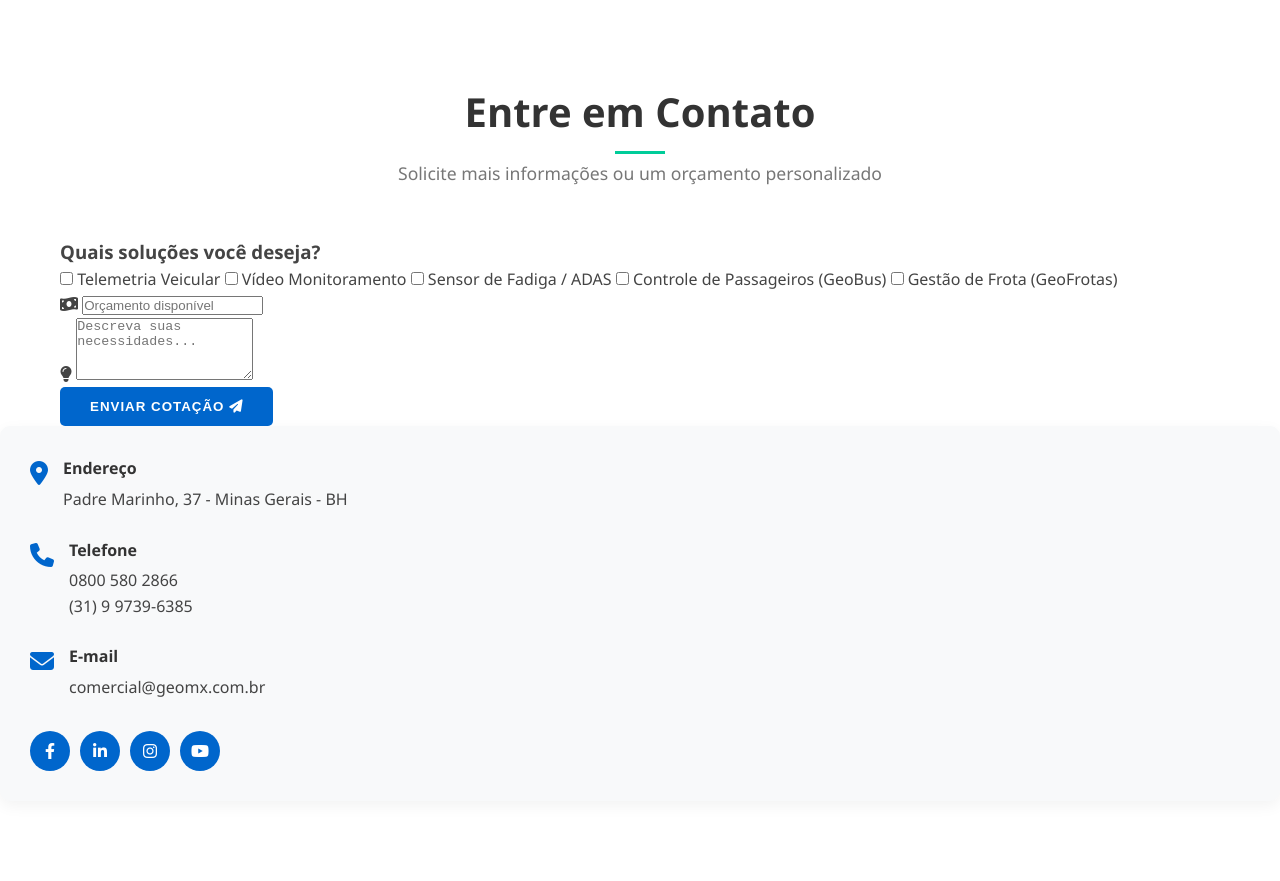
Repository: rocha1579/geomx
Page: telemetria.html
These files come from the project's save history. The page is drawn as it stood at one moment and after the next save; the edit follows.
The browser window is 1280 px wide. The pictures show the part of the page from y = 2314 to 3195 px (the page is 4063 px tall before and 4469 px after).
Pictures or frames that could not be fetched are drawn as grey boxes. Backgrounds fixed to the window are drawn as part of the page.

Above is the page before, as saved 2025-05-05 11:36:09.
Not found: menu-fix.js

### telemetria.html
<!DOCTYPE html>
<html lang="pt-br">
<head>
    <meta charset="UTF-8">
    <meta name="viewport" content="width=device-width, initial-scale=1.0">
    <title>Telemetria Veicular - GeoMX</title>
    <link rel="stylesheet" href="styles-dark-mode.css">
    <script src="dark-mode.js" defer></script>
    <link rel="stylesheet" href="styles.css">
    <link rel="stylesheet" href="https://cdnjs.cloudflare.com/ajax/libs/font-awesome/6.4.0/css/all.min.css">
    <!-- Adicionando os novos arquivos para responsividade -->
    <link rel="stylesheet" href="responsive.css">
    <script src="menu-fix.js" defer></script>
</head>
<body>
    <header>
        <div class="container">
            <div class="logo">
                <img src="images/logo geomx.png" alt="GeoMX Logo">
            </div>
            <nav>
                <div class="menu-toggle">
                    <i class="fas fa-bars"></i>
                </div>
                <ul class="menu">
                    <li><a href="index.html#inicio"><i class="fas fa-home fa-fw"></i></a></li>
                    <li><a href="index.html#sobre">Sobre</a></li>
                    <li><a href="index.html#servicos">Serviços</a></li>
                    <li><a href="index.html#solucoes">Soluções</a></li>
                    <li><a href="telemetria.html">Telemetria</a></li>
                    <li><a href="index.html#clientes"><i class="fas fa-users fa-fw"></i> Clientes</a></li>
                    <li><a href="https://sis.segminas.com.br/?Login" target="_blank" class="btn-acesso"><i class="fas fa-sign-in-alt fa-fw"></i> Acesso</a></li>
                    <li><a href="index.html#contato" class="btn-contato"><i class="fas fa-envelope fa-fw"></i> Contato</a></li>
                </ul>
            </nav>
        </div>
    </header>

    <section class="hero-telemetria">
        <div class="container">
            <h1>Telemetria Veicular Completa</h1>
            <p class="lead">Solução personalizada de gestão de frotas que coleta informações remotamente</p>
            <a href="#contato" class="btn-primary">Solicite uma Cotação</a>
        </div>
    </section>

    <section class="telemetria-section">
        <div class="container">
            <div class="section-header">
<div class="carrossel-telemetria">
    <div class="section-header">
        <h2>Nossa Tecnologia em Ação</h2>
        <p>Veja como nossa solção transforma a gestão de frotas</p>
    </div>

    <div class="carrossel-container">
        <div class="carrossel-slides">
            <div class="carrossel-slide active">
                <img src="images/Captura de tela 2025-04-25 155914.png" alt="Painel de Controle Telemetria">
                <div class="carrossel-caption">
                    <h3>Painel de Controle Completo</h3>
                    <p>Acompanhe todos os dados da sua frota em tempo real</p>
                </div>
            </div>
            <div class="carrossel-slide">
                <img src="images/relatorio.png" alt="Relatórios Detalhados">
                <div class="carrossel-caption">
                    <h3>Relatórios Detalhados</h3>
                    <p>Gere relatórios personalizados para análise de desempenho</p>
                </div>
            </div>
        </div>

        <div class="carrossel-nav">
            <button class="carrossel-prev"><i class="fas fa-chevron-left"></i></button>
            <button class="carrossel-next"><i class="fas fa-chevron-right"></i></button>
        </div>

        <div class="carrossel-indicators">
            <span class="carrossel-indicator active"></span>
            <span class="carrossel-indicator"></span>
        </div>
    </div>
</div>

<style>
    /* Estilos do carrossel */
    .carrossel-telemetria {
        padding: 60px 0;
        background-color: white;
    }

    .carrossel-container {
        max-width: 1000px;
        margin: 40px auto 0;
        position: relative;
        overflow: hidden;
        border-radius: 8px;
        box-shadow: 0 10px 30px rgba(0,0,0,0.1);
    }

    .carrossel-slides {
        display: flex;
        transition: transform 0.5s ease;
    }

    .carrossel-slide {
        min-width: 100%;
        position: relative;
    }

    .carrossel-slide img {
        width: 100%;
        display: block;
        height: 500px;
        object-fit: cover;
    }

    .carrossel-caption {
        position: absolute;
        bottom: 0;
        left: 0;
        right: 0;
        background: rgba(44, 62, 80, 0.9);
        color: white;
        padding: 20px;
        text-align: center;
    }

    .carrossel-caption h3 {
        margin-top: 0;
        color: #fff;
        font-size: 1.5rem;
    }

    .carrossel-nav {
        position: absolute;
        top: 50%;
        width: 100%;
        display: flex;
        justify-content: space-between;
        transform: translateY(-50%);
        padding: 0 15px;
    }

    .carrossel-prev,
    .carrossel-next {
        background: rgba(255, 255, 255, 0.7);
        border: none;
        border-radius: 50%;
        width: 40px;
        height: 40px;
        cursor: pointer;
        font-size: 20px;
        display: flex;
        align-items: center;
        justify-content: center;
        transition: all 0.3s ease;
        color: var(--dark-color);
    }

    .carrossel-prev:hover,
    .carrossel-next:hover {
        background: white;
        color: var(--primary-color);
    }

    .carrossel-indicators {
        display: flex;
        justify-content: center;
        margin-top: 20px;
    }

    .carrossel-indicator {
        width: 12px;
        height: 12px;
        border-radius: 50%;
        background: #ccc;
        margin: 0 5px;
        cursor: pointer;
        transition: all 0.3s ease;
    }

    .carrossel-indicator.active {
        background: var(--primary-color);
        transform: scale(1.2);
    }

    @media (max-width: 768px) {
        .carrossel-slide img {
            height: 350px;
        }

        .carrossel-caption h3 {
            font-size: 1.2rem;
        }

        .carrossel-caption p {
            font-size: 0.9rem;
        }
    }

    @media (max-width: 576px) {
        .carrossel-slide img {
            height: 250px;
        }
    }
</style>

<script>
    // Script do carrossel
    document.addEventListener('DOMContentLoaded', function() {
        const slides = document.querySelectorAll('.carrossel-slide');
        const indicators = document.querySelectorAll('.carrossel-indicator');
        const prevBtn = document.querySelector('.carrossel-prev');
        const nextBtn = document.querySelector('.carrossel-next');
        const slidesContainer = document.querySelector('.carrossel-slides');
        let currentIndex = 0;
        let interval;

        function updateCarousel() {
            slidesContainer.style.transform = `translateX(-${currentIndex * 100}%)`;

            indicators.forEach((indicator, index) => {
                indicator.classList.toggle('active', index === currentIndex);
            });
        }

        function nextSlide() {
            currentIndex = (currentIndex + 1) % slides.length;
            updateCarousel();
        }

        function prevSlide() {
            currentIndex = (currentIndex - 1 + slides.length) % slides.length;
            updateCarousel();
        }

        nextBtn.addEventListener('click', nextSlide);
        prevBtn.addEventListener('click', prevSlide);

        indicators.forEach((indicator, index) => {
            indicator.addEventListener('click', () => {
                currentIndex = index;
                updateCarousel();
                resetInterval();
            });
        });

        function startInterval() {
            interval = setInterval(nextSlide, 5000);
        }

        function resetInterval() {
            clearInterval(interval);
            startInterval();
        }

        // Pause on hover
        const carrossel = document.querySelector('.carrossel-container');
        carrossel.addEventListener('mouseenter', () => clearInterval(interval));
        carrossel.addEventListener('mouseleave', startInterval);

        // Iniciar o carrossel automático
        startInterval();
    });
</script>
<h2>GeoMine</h2>
<p>A solução GeoMine da Geomx oferece telemetria avançada para mineradoras, com controle total da frota em tempo real.</p>
            </div>

            <div class="telemetria-cards">
                <div class="telemetria-card">
                    <div class="telemetria-icon">
                        <i class="fas fa-map-marker-alt"></i>
                    </div>
                    <h3>Monitoramento Contínuo</h3>
                    <p>Detecção precoce de falhas mecânicas para redução de custos com manutenção.</p>
                </div>

                <div class="telemetria-card">
                    <div class="telemetria-icon">
                        <i class="fas fa-chart-bar"></i>
                    </div>
                    <h3>Relatórios de Produtividade</h3>
                    <p>Controle de tempo ocioso, consumo de combustível e otimização operacional.</p>
                </div>

                <div class="telemetria-card">
                    <div class="telemetria-icon">
                        <i class="fas fa-exclamation-triangle"></i>
                    </div>
                    <h3>Alertas Inteligentes</h3>
                    <p>Notificações automáticas de fadiga, excesso de velocidade e mau uso dos equipamentos.</p>
                </div>

                <div class="telemetria-card">
                    <div class="telemetria-icon">
                        <i class="fas fa-tachometer-alt"></i>
                    </div>
                    <h3>Gestão Centralizada</h3>
                    <p>Decisões rápidas baseadas em dados confiáveis e integrados.</p>
                </div>

                <div class="telemetria-card">
                    <div class="telemetria-icon">
                        <i class="fas fa-microchip"></i>
                    </div>
                    <h3>Tecnologia Robusta</h3>
                    <p>Integração com sensores CAN e conectividade para ambientes severos.</p>
                </div>

                <div class="telemetria-card">
                    <div class="telemetria-icon">
                        <i class="fas fa-shield-alt"></i>
                    </div>
                    <h3>Segurança Operacional</h3>
                    <p>Soluções específicas para promover mais segurança nas operações mineiras.</p>
                </div>
            </div>
        </div>
    </section>
    <section id="contato" class="contato">
        <div class="container">
            <div class="section-header">
                <h2>Entre em Contato</h2>
                <p>Solicite mais informações ou um orçamento personalizado</p>
            </div>

            <form action="https://formsubmit.co/gabrielalvessr@gmail.com" method="POST">
                <!-- Configurações ocultas -->
                <input type="hidden" name="_captcha" value="false">
                <input type="hidden" name="_next" value="https://geomx.com.br/obrigado.html">
                <input type="hidden" name="_template" value="table">
                <input type="hidden" name="_subject" value="Solicitação de Cotação - Site GeoMX">

                <!-- Programas de Interesse -->
                <div class="checkbox-group">
                    <h3>Quais soluções você deseja?</h3>
                    <label class="checkbox-container">
                        <input type="checkbox" name="solucoes" value="Telemetria Veicular">
                        <span class="checkmark"></span>
                        Telemetria Veicular
                    </label>
                    <label class="checkbox-container">
                        <input type="checkbox" name="solucoes" value="Vídeo Monitoramento">
                        <span class="checkmark"></span>
                        Vídeo Monitoramento
                    </label>
                    <label class="checkbox-container">
                        <input type="checkbox" name="solucoes" value="Sensor de Fadiga / ADAS">
                        <span class="checkmark"></span>
                        Sensor de Fadiga / ADAS
                    </label>
                    <label class="checkbox-container">
                        <input type="checkbox" name="solucoes" value="Controle de Passageiros (GeoBus)">
                        <span class="checkmark"></span>
                        Controle de Passageiros (GeoBus)
                    </label>
                    <label class="checkbox-container">
                        <input type="checkbox" name="solucoes" value="Gestão de Frota (GeoFrotas)">
                        <span class="checkmark"></span>
                        Gestão de Frota (GeoFrotas)
                    </label>
                </div>

                <!-- Orçamento -->
                <div class="input-group">
                    <i class="fas fa-money-bill-wave"></i>
                    <input type="text" name="investimento" placeholder="Orçamento disponível">
                </div>

                <!-- Detalhes -->
                <div class="input-group">
                    <i class="fas fa-lightbulb"></i>
                    <textarea name="detalhes" rows="4" placeholder="Descreva suas necessidades..."></textarea>
                </div>

                <!-- Botão -->
                <button type="submit" class="btn-primary">
                    <span>Enviar Cotação</span>
                    <i class="fas fa-paper-plane"></i>
                </button>
            </form>

            </div>
          </div>
                <div class="contato-info">
                    <div class="info-item">
                        <i class="fas fa-map-marker-alt"></i>
                        <div>
                            <h4>Endereço</h4>
                            <p>Padre Marinho, 37 - Minas Gerais - BH</p>
                        </div>
                    </div>
                    <div class="info-item">
                        <i class="fas fa-phone"></i>
                        <div>
                            <h4>Telefone</h4>
                            <p>0800 580 2866<br>(31) 9 9739-6385</p>
                        </div>
                    </div>
                    <div class="info-item">
                        <i class="fas fa-envelope"></i>
                        <div>
                            <h4>E-mail</h4>
                            <p>comercial@geomx.com.br</p>
                        </div>
                    </div>
                    <div class="social-media">
                        <a href="https://www.facebook.com/geomxbrasil" class="social-icon" target="_blank"><i class="fab fa-facebook-f"></i></a>
                        <a href="https://www.linkedin.com/company/geomx" class="social-icon" target="_blank"><i class="fab fa-linkedin-in"></i></a>
                        <a href="https://www.instagram.com/geomx_brasil/" class="social-icon" target="_blank"><i class="fab fa-instagram"></i></a>
                        <a href="https://www.youtube.com/channel/UC2VQmLmBy8NQ2N8LnCI59Cg" class="social-icon" target="_blank"><i class="fab fa-youtube"></i></a>
                    </div>
                </div>
            </div>
        </div>
    </section>

    <iframe
        src="https://www.google.com/maps/embed?pb=!1m18!1m12!1m3!1d3750.955249439259!2d-43.92309932514979!3d-19.926290538192287!2m3!1f0!2f0!3f0!3m2!1i1024!2i768!4f13.1!3m3!1m2!1s0xa699cd28e77955%3A0xd93406e577a22ba!2sR.%20Padre%20Marinho%2C%2037%20-%20Santa%20Efig%C3%AAnia%2C%20Belo%20Horizonte%20-%20MG%2C%2030140-040!5e0!3m2!1spt-BR!2sbr!4v1745327561781!5m2!1spt-BR!2sbr"
        width="100%"
        height="400"
        style="border:0; border-radius: 12px;"
        allowfullscreen=""
        loading="lazy"
        referrerpolicy="no-referrer-when-downgrade">
    </iframe>

    <footer>
        <div class="container">
            <div class="footer-content">
                <div class="footer-logo">
                    <img src="images/logo geomx.png" alt="GeoMX Logo">
                    <p>Transformando dados geográficos em soluções estratégicas</p>
                </div>
                <div class="footer-links">
                    <div class="footer-column">
                        <h4>Empresa</h4>
                        <ul>
                            <li><a href="index.html#sobre">Sobre Nós</a></li>
                            <li><a href="index.html#clientes">Clientes</a></li>
                            <li><a href="#">Carreiras</a></li>
                            <li><a href="#">Blog</a></li>
                        </ul>
                    </div>
                    <div class="footer-column">
                        <h4>Serviços</h4>
                        <ul>
                            <li><a href="telemetria.html">Telemetria Veicular</a></li>
                            <li><a href="rede-can.html">Rede CAN</a></li>
                            <li><a href="sensor-fadiga.html">Sensor de Fadiga</a></li>
                            <li><a href="video-veicular.html">Vídeo Veicular</a></li>
                        </ul>
                    </div>
                    <div class="footer-column">
                        <h4>Suporte</h4>
                        <ul>
                            <li><a href="index.html#contato">Contato</a></li>
                            <li><a href="#">FAQ</a></li>
                            <li><a href="#">Documentação</a></li>
                            <li><a href="#">Política de Privacidade</a></li>
                        </ul>
                    </div>
                </div>
            </div>

            <div class="footer-images">
                <img src="images/apple.png" alt="Disponível na App Store" class="footer-img">
                <img src="images/google play.png" alt="Disponível no Google Play" class="footer-img">
            </div>
            <style>
                .footer-images {
                text-align: left; /* Alinha conteúdo à esquerda */
                margin: 20px 0;
            }

            .footer-img {
                max-width: 120px; /* Diminui o tamanho */
                width: 100%;
                height: auto;
                display: block;
                margin-bottom: 10px; /* Espaço entre as imagens */
            }

            </style>
            <div class="footer-bottom">
                <p>&copy; 2023 GeoMX. Todos os direitos reservados.</p>
            </div>
        </div>
    </footer>

    <div id="cookie-banner" class="cookie-banner">
        <p>Utilizamos cookies para melhorar sua experiência em nosso site. Ao continuar navegando, você concorda com nossa <a href="#">Política de Privacidade</a>.</p>
        <button id="cookie-accept">Aceitar</button>
    </div>

    <a href="https://wa.me/31997396385" class="whatsapp-button" target="_blank">
        <i class="fab fa-whatsapp"></i>
    </a>

    <script src="script.js"></script>
</body>
</html>

Loaded but not shown: script.js (209 lines, source omitted); styles.css (1999 lines, source omitted); responsive.css (346 lines, source omitted); styles-dark-mode.css (no stored copy; drawn as an empty file); dark-mode.js (no stored copy; drawn as an empty file)

After the next save:
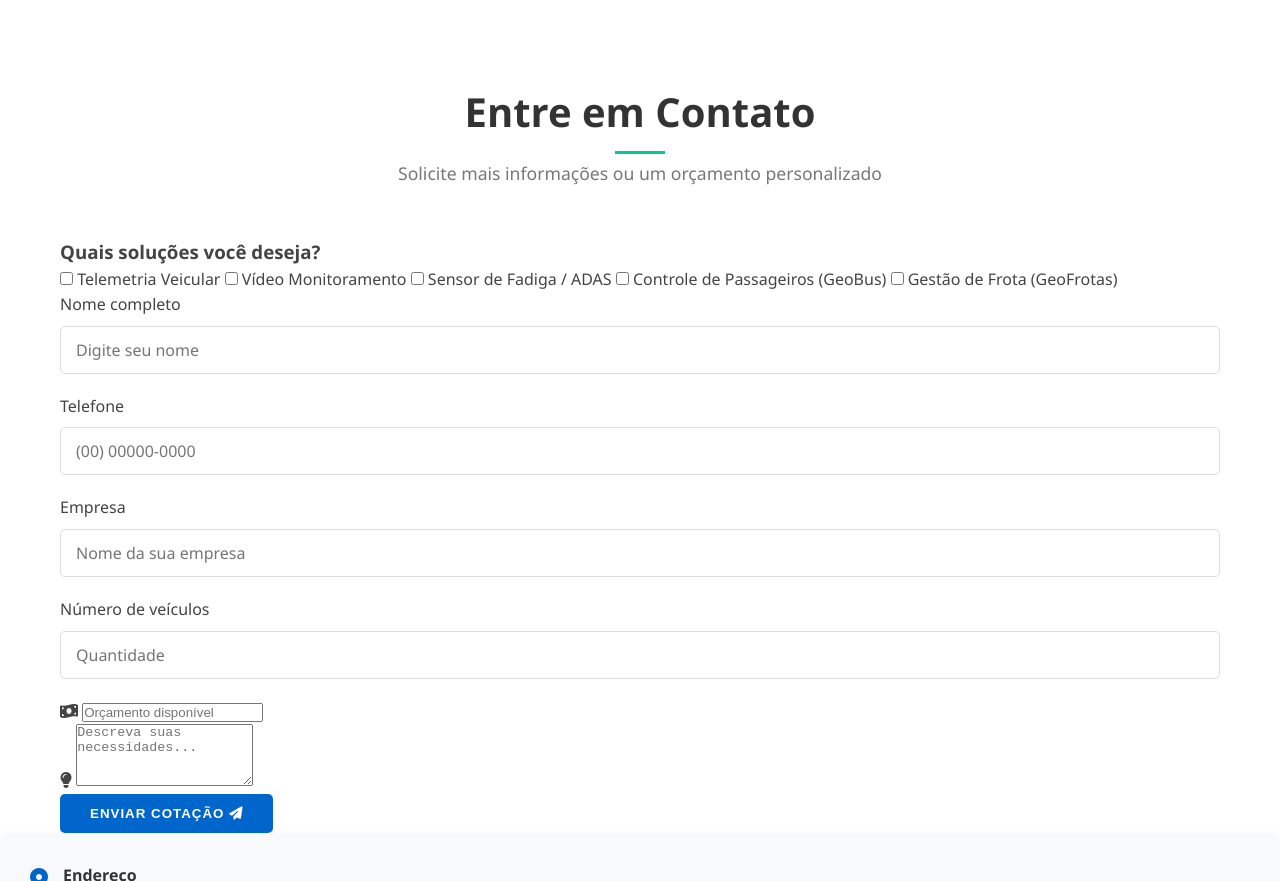
Saved 2 min 2 s later.
--- a/telemetria.html
+++ b/telemetria.html
@@ -335,33 +335,57 @@
                 <input type="hidden" name="_subject" value="Solicitação de Cotação - Site GeoMX">
 
                 <!-- Programas de Interesse -->
-                <div class="checkbox-group">
+                <div class="form-container">
                     <h3>Quais soluções você deseja?</h3>
-                    <label class="checkbox-container">
-                        <input type="checkbox" name="solucoes" value="Telemetria Veicular">
-                        <span class="checkmark"></span>
-                        Telemetria Veicular
-                    </label>
-                    <label class="checkbox-container">
-                        <input type="checkbox" name="solucoes" value="Vídeo Monitoramento">
-                        <span class="checkmark"></span>
-                        Vídeo Monitoramento
-                    </label>
-                    <label class="checkbox-container">
-                        <input type="checkbox" name="solucoes" value="Sensor de Fadiga / ADAS">
-                        <span class="checkmark"></span>
-                        Sensor de Fadiga / ADAS
-                    </label>
-                    <label class="checkbox-container">
-                        <input type="checkbox" name="solucoes" value="Controle de Passageiros (GeoBus)">
-                        <span class="checkmark"></span>
-                        Controle de Passageiros (GeoBus)
-                    </label>
-                    <label class="checkbox-container">
-                        <input type="checkbox" name="solucoes" value="Gestão de Frota (GeoFrotas)">
-                        <span class="checkmark"></span>
-                        Gestão de Frota (GeoFrotas)
-                    </label>
+                    <div class="checkbox-group">
+                        <label class="checkbox-container">
+                            <input type="checkbox" name="solucoes" value="Telemetria Veicular">
+                            <span class="checkmark"></span>
+                            Telemetria Veicular
+                        </label>
+                        <label class="checkbox-container">
+                            <input type="checkbox" name="solucoes" value="Vídeo Monitoramento">
+                            <span class="checkmark"></span>
+                            Vídeo Monitoramento
+                        </label>
+                        <label class="checkbox-container">
+                            <input type="checkbox" name="solucoes" value="Sensor de Fadiga / ADAS">
+                            <span class="checkmark"></span>
+                            Sensor de Fadiga / ADAS
+                        </label>
+                        <label class="checkbox-container">
+                            <input type="checkbox" name="solucoes" value="Controle de Passageiros (GeoBus)">
+                            <span class="checkmark"></span>
+                            Controle de Passageiros (GeoBus)
+                        </label>
+                        <label class="checkbox-container">
+                            <input type="checkbox" name="solucoes" value="Gestão de Frota (GeoFrotas)">
+                            <span class="checkmark"></span>
+                            Gestão de Frota (GeoFrotas)
+                        </label>
+                    </div>
+
+                    <div class="form-row">
+                        <div class="form-group">
+                            <label for="nome">Nome completo</label>
+                            <input type="text" id="nome" name="nome" placeholder="Digite seu nome">
+                        </div>
+                        <div class="form-group">
+                            <label for="telefone">Telefone</label>
+                            <input type="tel" id="telefone" name="telefone" placeholder="(00) 00000-0000">
+                        </div>
+                    </div>
+
+                    <div class="form-row">
+                        <div class="form-group">
+                            <label for="empresa">Empresa</label>
+                            <input type="text" id="empresa" name="empresa" placeholder="Nome da sua empresa">
+                        </div>
+                        <div class="form-group">
+                            <label for="veiculos">Número de veículos</label>
+                            <input type="number" id="veiculos" name="veiculos" placeholder="Quantidade">
+                        </div>
+                    </div>
                 </div>
 
                 <!-- Orçamento -->
